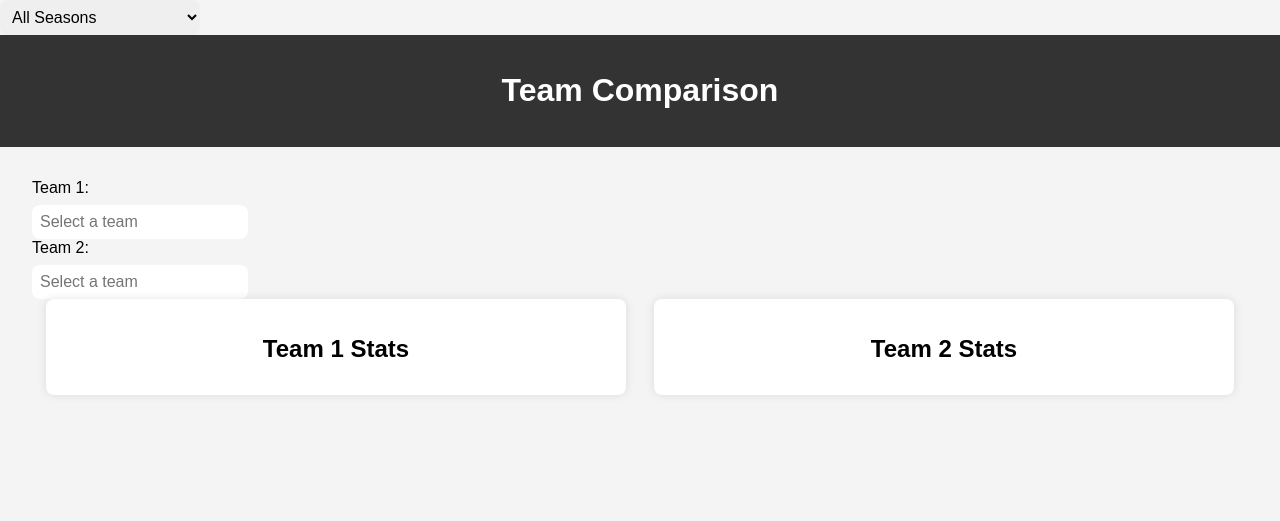
Repository: Enzo-py/dataviz-project-m1
Page: stat_page.html
The author's editor kept a copy of each file at every save. The page is drawn from the files as they stood at one save, then again after the next save.
The browser window is 1280 px wide. The pictures show the whole page.
Some web fonts or font styles are not loaded; a fallback is used.

Above is the page before, as saved 2024-12-12 15:47:41.

### stat_page.html
<!DOCTYPE html>
<html lang="en">
<head>
    <meta charset="UTF-8">
    <meta name="viewport" content="width=device-width, initial-scale=1.0">
    <title>Team Comparison</title>
    <script type="text/javascript" src="js/d3.v7.min.js"></script>
    <script type="text/javascript" src="js/stat_page.js"></script>
    <link rel="stylesheet" href="style_stat_page.css">
    <link rel="preload" href="https://fonts.googleapis.com/css2?family=Material+Symbols+Outlined:opsz,wght,FILL,GRAD@20..48,100..700,0..1,-50..200&" as="style" onload="this.onload=null;this.rel='stylesheet'">
</head>
<body>
    <div class="season">
        <select id="season">
            <option value="total">All Seasons</option>
            <option value="2021-2022">2021-2022</option>
            <option value="2022-2023">2022-2023</option>
            <option value="2023-2024">2023-2024</option>
        </select>
    </div>
    <header>
        <h1>Team Comparison</h1>
    </header>
    <main>
        <div class="team-selection">
            <div class="team">
                <label for="team1">Team 1:</label>
                <input type="text" id="team1" list="teams" placeholder="Select a team">
            </div>
            <div class="team">
                <label for="team2">Team 2:</label>
                <input type="text" id="team2" list="teams" placeholder="Select a team">
            </div>
            <datalist id="teams">
                <!-- Options will be populated dynamically -->
            </datalist>
        </div>
        <section class="comparison-results">
            <div class="team-stats" id="team1-stats">
                <h2>Team 1 Stats</h2>
                <!-- Stats will be populated dynamically -->
            </div>
            <div class="team-stats" id="team2-stats">
                <h2>Team 2 Stats</h2>
                <!-- Stats will be populated dynamically -->
            </div>
        </section>
    </main>
</body>
</html>

### js/stat_page.js
document.addEventListener("DOMContentLoaded", function() {
    const teams = ["Team A", "Team B", "Team C", "Team D"]; // Example teams, replace with actual data

    const datalist = document.getElementById("teams");
    teams.forEach(team => {
        const option = document.createElement("option");
        option.value = team;
        datalist.appendChild(option);
    });

    document.getElementById("team1").addEventListener("change", updateStats);
    document.getElementById("team2").addEventListener("change", updateStats);

    function updateStats() {
        const team1 = document.getElementById("team1").value;
        const team2 = document.getElementById("team2").value;

        if (team1) {
            document.getElementById("team1-stats").innerHTML = `<h2>${team1} Stats</h2><p>Stats for ${team1} will be displayed here.</p>`;
        }

        if (team2) {
            document.getElementById("team2-stats").innerHTML = `<h2>${team2} Stats</h2><p>Stats for ${team2} will be displayed here.</p>`;
        }
    }
});

### style_stat_page.css
body {
    font-family: Arial, sans-serif;
    margin: 0;
    padding: 0;
    background-color: #f4f4f4;
}

header {
    background-color: #333;
    color: #fff;
    text-align: center;
    padding: 1rem 0;
}

main {
    padding: 2rem;
}

menu.team-selection {
    display: flex;
    justify-content: space-around;
    margin-bottom: 2rem;
    background-color: var(--background-color);
    border: solid 2px var(--secondary-color);
    padding: 10px;
    border-radius: 8px;
    box-shadow: 0 3px 3px 0 var(--shadow-color);
}

.team, .season {
    display: flex;
    flex-direction: column;
    align-items: left;
}

.team label, .season label {
    margin-bottom: 0.5rem;
}

.team input, .season select {
    padding: 0.5rem;
    font-size: 1rem;
    width: 200px;
    border: solid 2px var(--secondary-color);
    border-radius: 8px;
    box-shadow: 0 3px 3px 0 var(--shadow-color);
}

.comparison-results {
    display: flex;
    justify-content: space-around;
}

.team-stats {
    background-color: #fff;
    padding: 1rem;
    border-radius: 8px;
    box-shadow: 0 0 10px rgba(0, 0, 0, 0.1);
    width: 45%;
}

.team-stats h2 {
    text-align: center;
    margin-bottom: 1rem;
}

Loaded but not shown: js/d3.v7.min.js (library)

After the next save:
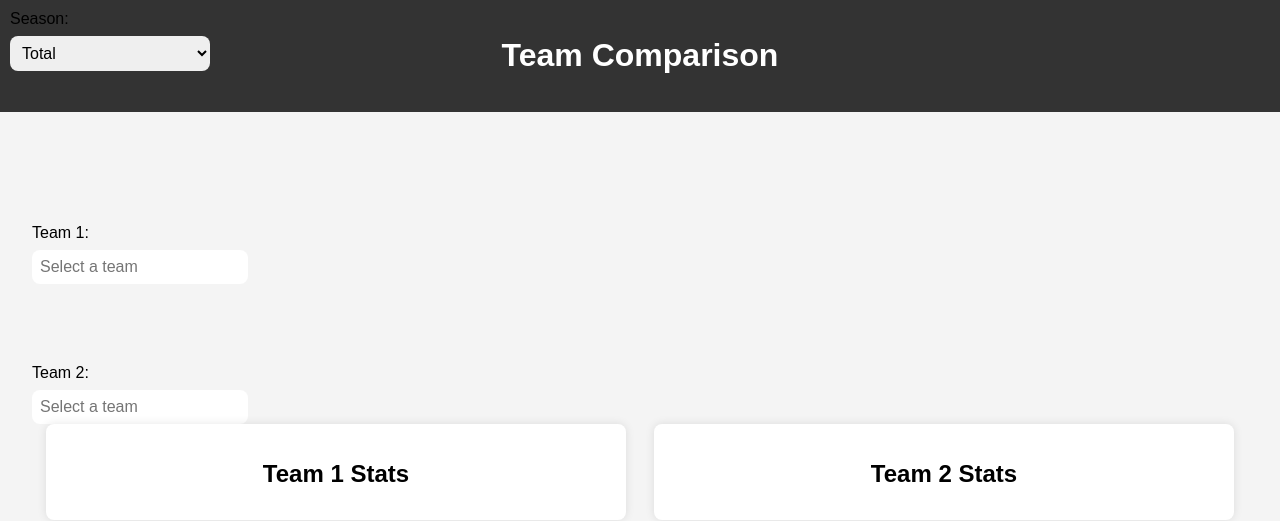
Saved 57 s later.
--- a/stat_page.html
+++ b/stat_page.html
@@ -10,19 +10,20 @@
     <link rel="preload" href="https://fonts.googleapis.com/css2?family=Material+Symbols+Outlined:opsz,wght,FILL,GRAD@20..48,100..700,0..1,-50..200&" as="style" onload="this.onload=null;this.rel='stylesheet'">
 </head>
 <body>
-    <div class="season">
-        <select id="season">
-            <option value="total">All Seasons</option>
-            <option value="2021-2022">2021-2022</option>
-            <option value="2022-2023">2022-2023</option>
-            <option value="2023-2024">2023-2024</option>
-        </select>
-    </div>
     <header>
         <h1>Team Comparison</h1>
     </header>
     <main>
         <div class="team-selection">
+            <div class="season">
+                <label for="season">Season:</label>
+                <select id="season">
+                    <option value="total">Total</option>
+                    <option value="2021-2022">2021-2022</option>
+                    <option value="2022-2023">2022-2023</option>
+                    <option value="2023-2024">2023-2024</option>
+                </select>
+            </div>
             <div class="team">
                 <label for="team1">Team 1:</label>
                 <input type="text" id="team1" list="teams" placeholder="Select a team">
--- a/style_stat_page.css
+++ b/style_stat_page.css
@@ -25,6 +25,7 @@ menu.team-selection {
     padding: 10px;
     border-radius: 8px;
     box-shadow: 0 3px 3px 0 var(--shadow-color);
+    position: relative;
 }
 
 .team, .season {
@@ -46,6 +47,16 @@ menu.team-selection {
     box-shadow: 0 3px 3px 0 var(--shadow-color);
 }
 
+.team-selection .season {
+    position: absolute;
+    top: 10px;
+    left: 10px;
+}
+
+.team-selection .team {
+    margin-top: 80px;
+}
+
 .comparison-results {
     display: flex;
     justify-content: space-around;
